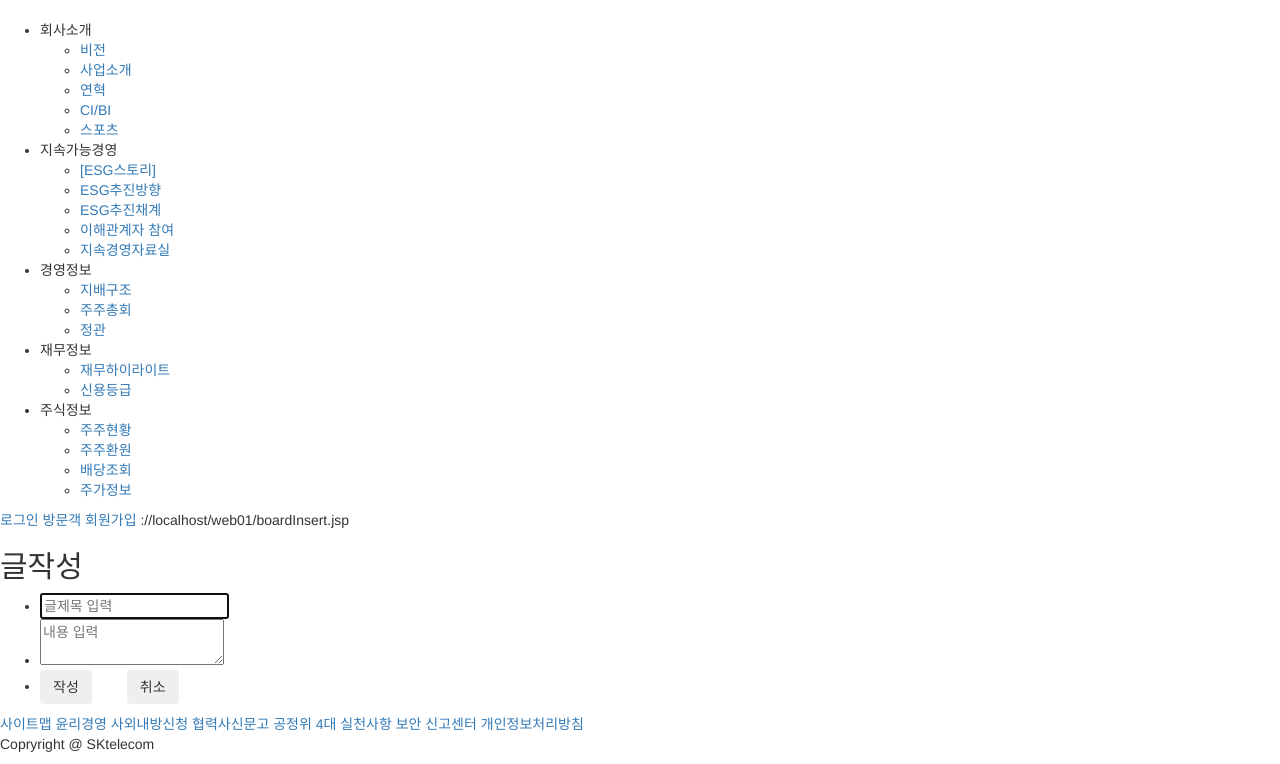
Repository: star-min/jsp_basic
Page: http://localhost/web01/boardInsert.jsp
These files come from the project's save history. The page is drawn as it stood at one moment and after the next save; the edit follows.
The browser window is 1280 px wide. The pictures show the whole page.
The page is served by Tomcat 9.

Above is the page before, as saved 2022-04-29 04:36:19.

### jsp1/web01/src/main/webapp/boardInsert.jsp
<%@ page language="java" contentType="text/html; charset=UTF-8"
    pageEncoding="UTF-8"%>
<!DOCTYPE html>
<html>
<head>
<meta charset="UTF-8">
<title>Insert title here</title>
<script src="https://code.jquery.com/jquery-latest.js"></script>
<link rel="stylesheet" href="https://maxcdn.bootstrapcdn.com/bootstrap/3.3.2/css/bootstrap.min.css">
<!-- 테마 -->
<link rel="stylesheet" href="https://maxcdn.bootstrapcdn.com/bootstrap/3.3.2/css/bootstrap-theme.min.css">
<!-- 자바스크립트 -->
<script src="https://maxcdn.bootstrapcdn.com/bootstrap/3.3.2/js/bootstrap.min.js"></script>
</head>
<body>
<div class="wrap">
<header id="hd">
	<div class="hd_wrap">
		<%@ include file="nav.jsp" %>
	</div>
</header>
<div class="content">
	<h2>글작성</h2>
	<form id="create" name="create" action="boardInsertPro.jsp" method="post">
		<ul>
			<li><input type="text"  id="ctitle" name="ctitle" placeholder="글제목 입력" required autofocus></li>

			<li><textarea id="note" name="note" placeholder="내용 입력" required></textarea></li>
			<li class="btn_board">
				<input type="submit" value="작성" id="submit" class="btn"> &nbsp; &nbsp; &nbsp; &nbsp;
				<input type="reset" value="취소" id="reset" class="btn">
			</li>
		</ul>
	</form>
</div>
<footer id="ft">
	<%@ include file="ft.jsp" %>
</footer>
</div>
</body>
</html>

### jsp1/web01/src/main/webapp/nav.jsp
<%@ page language="java" contentType="text/html; charset=UTF-8"
    pageEncoding="UTF-8"%>
<%@ page import="java.sql.*" %>
<%		// <% = 스크립트릿(scriptlet)
	String[] dp1 = {"회사소개","지속가능경영","경영정보","재무정보","주식정보"};
	String[][] dp2 = {{"비전","사업소개","연혁","CI/BI","스포츠"},
			{"[ESG스토리]","ESG추진방향","ESG추진채계","이해관계자 참여","지속경영자료실"},
			{"지배구조", "주주총회","정관"},
			{"재무하이라이트","신용등급"},
			{"주주현황","주주환원","배당조회","주가정보"}
	};
	String[][] lnk = {{"sub1.jsp#page1","sub1.jsp#page2","sub1.jsp#page3","sub1.jsp#page4","sub1.jsp#page5"},
			{"sub2.jsp#page1","sub2.jsp#page2","sub2.jsp#page3","sub2.jsp#page4","sub2.jsp#page5"},
			{"service1.jsp","service2.jsp","service3.jsp"},
			{"board1.jsp","board2.jsp"},
			{"user1.jsp","user2.jsp","user3.jsp","user3.jsp"}};
%>
<%--    	 <%= 표현식(expression)%>		 --%>
<a class="Logo" herf="index.jsp"><img alt="" src=""></a>
<nav id="gnb">
	<ul>
	<% for(int i=0;i<dp1.length;i++){ %>
		<li>
			<span class="dp1"><%=dp1[i]%></span>
			<ul class="sub">
			<% for(int j=0;j<dp2[i].length;j++){ %>
				<li><a class="dp2" href="<%=lnk[i][j] %>"><%= dp2[i][j] %></a></li>
			<%} %>
			</ul>
		</li>
	<% } %>
	</ul>
</nav>
<p id="tnb">
	<%
		String sid = (String) session.getAttribute("uid");
		String sname = (String) session.getAttribute("name");
		if(sid == null){
	%>
	<a href="login.jsp">로그인</a>
	<a href="">방문객</a>
	<a href="agree.jsp">회원가입</a>
	<%
		} else if(!sid.equals("admin")){
	%>
	<a href="logout.jsp">로그아웃</a>
	<a href="mypage.jsp"><%=sname%></a>
	<a href="board1.jsp">게시판</a>
	<% } else { %>
	<a href="mypage.jsp"><%=sname%></a>
	<a href="board1.jsp">게시판관리</a>
	<a href="memberList.jsp">회원목록</a>
	<a href="">상품관리</a>
	<a href="logout.jsp">로그아웃</a>
	<% } %>
<span id="msg_a"></span>
</p>
<script>
	//주소 입력줄로 받은 msg를 받아 출력하는 부분임
	var url = location.href;  //url입력줄의 메시지를 포함한 주소를 저장
	var pos = url.indexOf("?msg=");
	var msg = url.substr(pos+5); //메시지만 추출
	var msg_a = document.getElementById("msg_a"); //해당 msg_a 아이디 요소 선택
	msg_a.innerHTML = msg;
	//msg_a.innerHTML = decodeURI(msg);
	if(pos>0) {
		if(msg!=""){
			alert(msg);
		}
	}
</script>

### jsp1/web01/src/main/webapp/ft.jsp
<%@ page language="java" contentType="text/html; charset=UTF-8"
    pageEncoding="UTF-8"%>

    <%
    	String[] fnb = {"사이트맵","윤리경영","사외내방신청","협력사신문고","공정위 4대 실천사항","보안 신고센터","개인정보처리방침"};
    	String[] sub = {"페이스북","유튜브","네이버 포스트"};
    	String[] iclass = {"xi-facebook","xi-youtube-play","xi=naver"};
    %>
    <div class="ft_wrap">
    	<nav class="fnb">
    		<% for(int i=0;i<fnb.length;i++){ %>
    			<a href=""><%= fnb[i] %></a>
    		<% } %>

    		<p class="copyright"> Copryright @ SKtelecom </p>
    	</nav>
    </div>

Loaded but not shown: jsp1/web01/src/main/webapp/datatables.min.css (library); jsp1/web01/src/main/webapp/datatables.min.js (library)

After the next save:
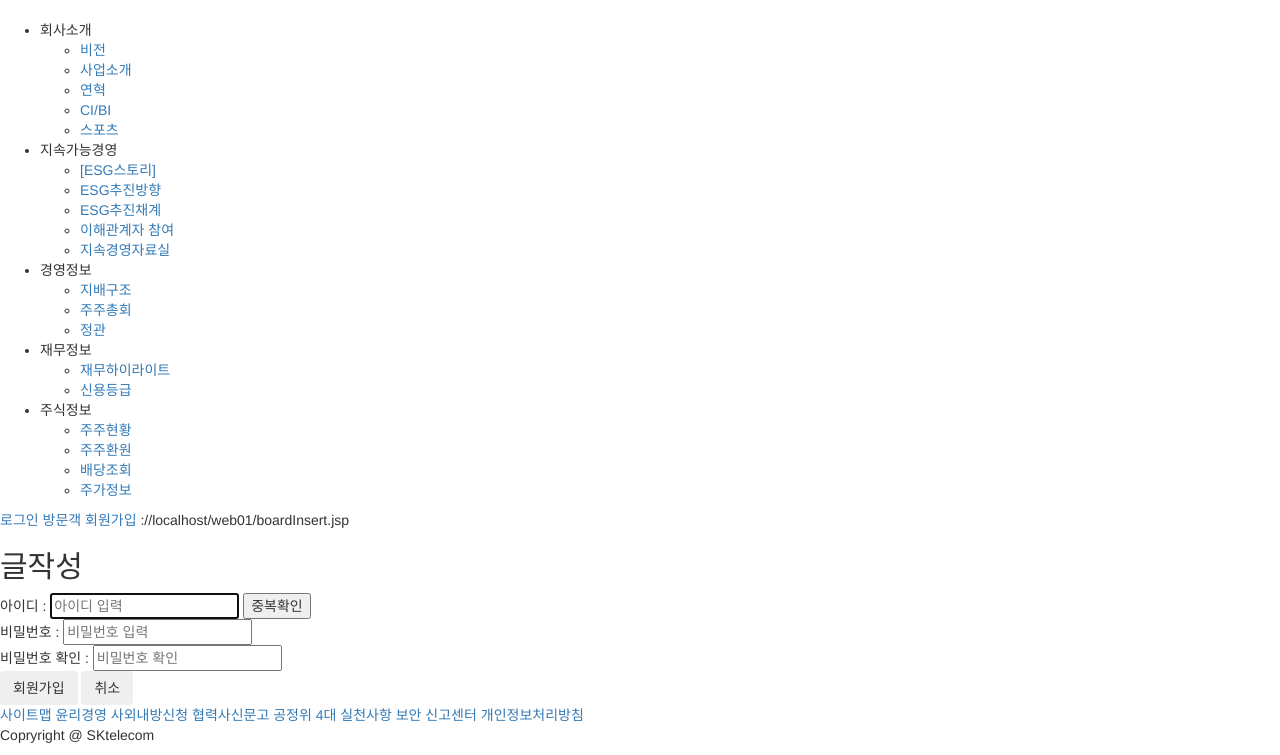
Saved 27 min 38 s later.
--- a/jsp1/web01/src/main/webapp/boardInsert.jsp
+++ b/jsp1/web01/src/main/webapp/boardInsert.jsp
@@ -4,13 +4,15 @@
 <html>
 <head>
 <meta charset="UTF-8">
-<title>Insert title here</title>
+<title>글작성</title>
 <script src="https://code.jquery.com/jquery-latest.js"></script>
 <link rel="stylesheet" href="https://maxcdn.bootstrapcdn.com/bootstrap/3.3.2/css/bootstrap.min.css">
 <!-- 테마 -->
 <link rel="stylesheet" href="https://maxcdn.bootstrapcdn.com/bootstrap/3.3.2/css/bootstrap-theme.min.css">
 <!-- 자바스크립트 -->
 <script src="https://maxcdn.bootstrapcdn.com/bootstrap/3.3.2/js/bootstrap.min.js"></script>
+<link rel="stylesheet" href="datatables.min.css">
+<script src="datatables.min.js"></script>
 </head>
 <body>
 <div class="wrap">
@@ -21,16 +23,42 @@
 </header>
 <div class="content">
 	<h2>글작성</h2>
-	<form id="create" name="create" action="boardInsertPro.jsp" method="post">
-		<ul>
-			<li><input type="text"  id="ctitle" name="ctitle" placeholder="글제목 입력" required autofocus></li>
-
-			<li><textarea id="note" name="note" placeholder="내용 입력" required></textarea></li>
-			<li class="btn_board">
-				<input type="submit" value="작성" id="submit" class="btn"> &nbsp; &nbsp; &nbsp; &nbsp;
-				<input type="reset" value="취소" id="reset" class="btn">
-			</li>
-		</ul>
+	<form id="joinform" name="joinform" action="joinPro.jsp" method="post" >
+		<tbody>
+			<tr>
+				<td>아이디 : </td>
+				<td>
+					<input type="text" id="uid" name="uid" placeholder="아이디 입력" required autofocus >
+					<input type="button" id="popopen" value="중복확인" onclick="idCheck()"><br>
+					<input type="hidden" id="idck" name="idck" value="">
+				</td>
+			</tr>
+			<tr>
+				<td>비밀번호 : </td>
+				<td>
+					<input type="password" class="upw"id="upw" name="upw" placeholder="비밀번호 입력" required><br>
+				</td>
+			</tr>
+			<tr>
+				<td>비밀번호 확인 : </td>
+				<td>
+					<input type="password" id="upw2" name="upw2" placeholder="비밀번호 확인" required><br>
+				</td>
+			</tr>
+			<tr>
+				<td>
+					<input type="submit" value="회원가입" id="submit" class="btn">
+				</td>
+				<td>
+					<input type="reset" value="취소" id="reset" class="btn">
+				</td>
+			</tr>
+		</tbody>
+		<script>
+		function idCheck() {
+			window.open("pop.jsp", "idwin", "width=400, height=300");
+		}
+		</script>
 	</form>
 </div>
 <footer id="ft">
